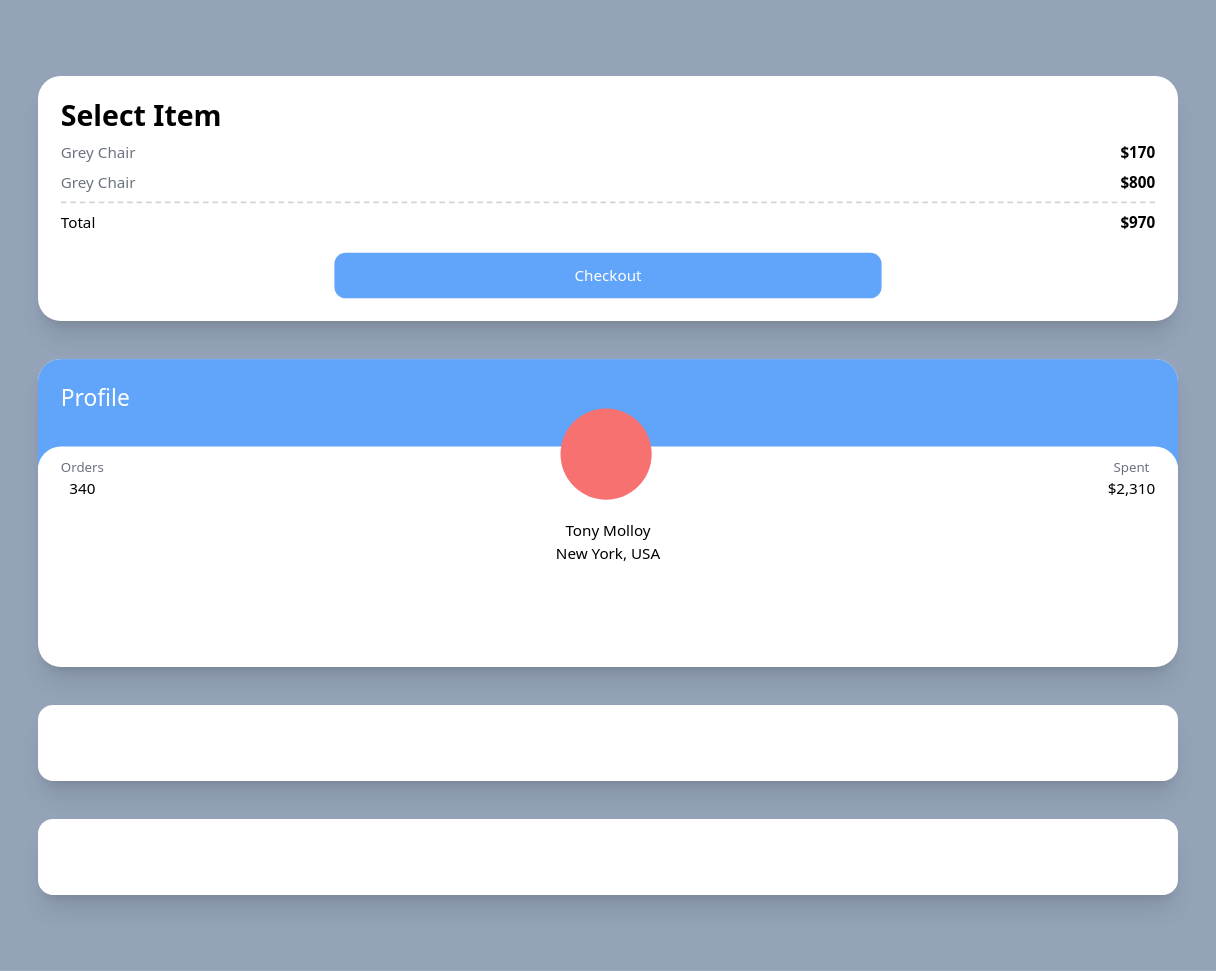
Repository: pjk0007/nextjs-carrot-marcket
Page: /
These files come from the project's save history. The page is drawn as it stood at one moment and after the next save; the edit follows.
The browser window is 1280 px wide. The pictures show the whole page, at 95% of full size.
The project was rebuilt for these pictures with package versions that can differ from the ones it lists, and the page was loaded fresh each time. The framework's server and built-in components were replaced by stand-ins that run in the browser. Also part of the build but not shown: next.config.js.

Above is the page before, as saved 2022-04-30 13:15:33.

### pages/index.tsx
import type { NextPage } from 'next'
const Home: NextPage = () => {
  return (
    <div className='bg-slate-400 py-20 px-10 grid gap-10'>
      <div className='bg-white p-6 rounded-3xl shadow-xl'>
        <span className='font-semibold text-3xl'>Select Item</span>
        <div className='flex justify-between my-2'>
          <span className='text-gray-500'>Grey Chair</span>
          <span className='font-semibold'>$170</span>
        </div>
        <div className='flex justify-between'>
          <span className='text-gray-500'>Grey Chair</span>
          <span className='font-semibold'>$800</span>
        </div>
        <div className='flex justify-between mt-2 pt-2 border-t-2 border-dashed border-gray-300'>
          <span>Total</span>
          <span className='font-semibold'>$970</span>
        </div>
        <div className='mt-5 bg-blue-400 text-white p-3 text-center rounded-xl w-1/2 mx-auto'>Checkout</div>
      </div>

      <div className='bg-white overflow-hidden rounded-3xl shadow-xl'>
        <div className='bg-blue-400 p-6 pb-14'>
          <span className='text-white text-2xl'>Profile</span>
        </div>
        <div className='rounded-3xl p-6 relative -top-5 bg-white'>
          <div className='flex relative -top-16 items-end justify-between'>
            <div className='flex flex-col items-center'>
              <span className='text-sm text-gray-500'>Orders</span>
              <span className='font-medium'>340</span>
            </div>
            <div className='h-24 w-24 bg-red-400 rounded-full'/>
            <div className='flex flex-col items-center'>
              <span className='text-sm text-gray-500'>Spent</span>
              <span className='font-medium'>$2,310</span>
            </div>
          </div>
          <div className='relative flex flex-col items-center -top-16 mt-5'>
            <span>Tony Molloy</span>
            <span>New York, USA</span>
          </div>
        </div>
      </div>
      <div className='bg-white p-10 rounded-2xl shadow-xl'></div>
      <div className='bg-white p-10 rounded-2xl shadow-xl'></div>
    </div>
  );
}

export default Home

### tailwind.config.js
module.exports = {
  content: [
    "./pages/**/*.{js,jsx,ts,tsx}",
    "./components/**/*.{js,jsx,ts,tsx}"
  ],
  theme: {
    extend: {},
  },
  plugins: [],
}

Loaded but not shown: pages/_app.tsx (common file); styles/globals.css (common file)

After the next save:
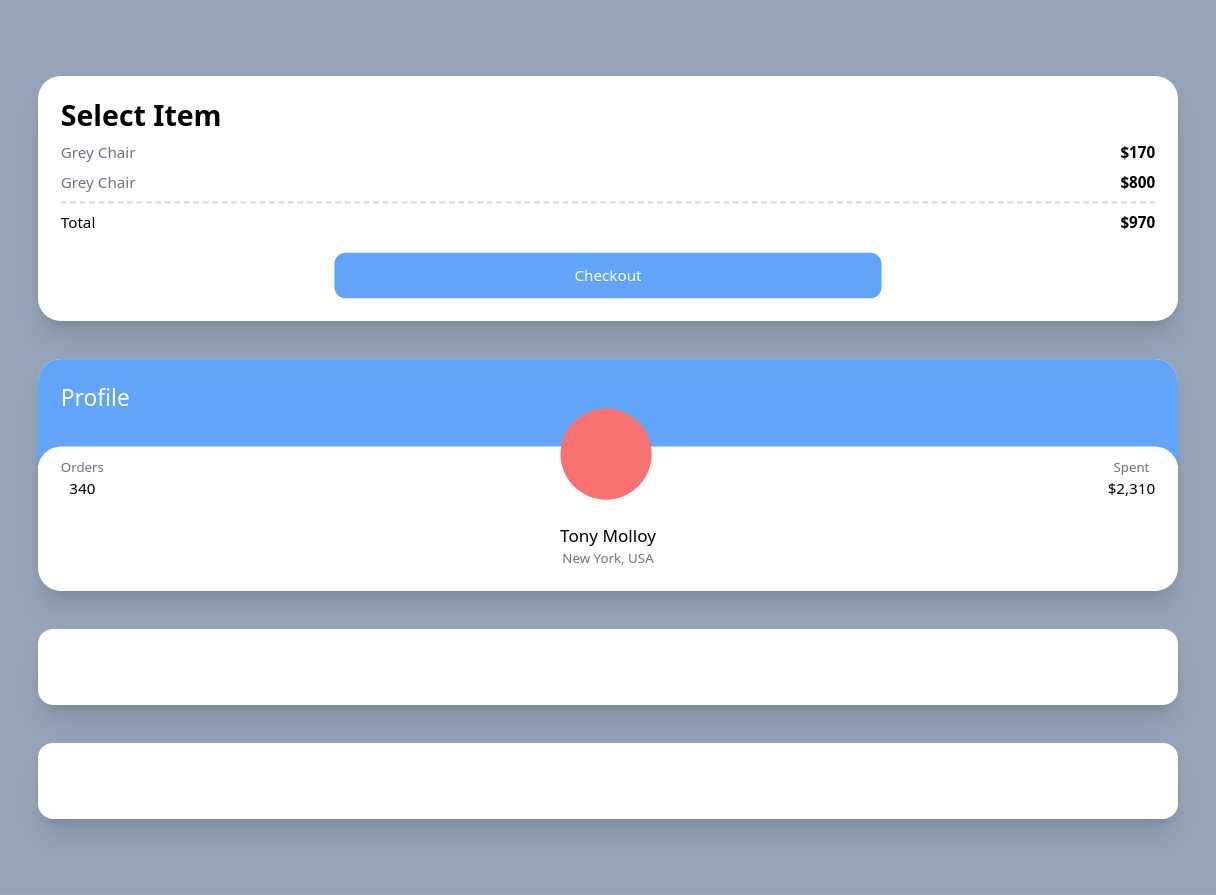
Saved 44 s later.
--- a/pages/index.tsx
+++ b/pages/index.tsx
@@ -35,9 +35,9 @@ const Home: NextPage = () => {
               <span className='font-medium'>$2,310</span>
             </div>
           </div>
-          <div className='relative flex flex-col items-center -top-16 mt-5'>
-            <span>Tony Molloy</span>
-            <span>New York, USA</span>
+          <div className='relative flex flex-col items-center -mt-10 -mb-5'>
+            <span className='text-lg font-medium'>Tony Molloy</span>
+            <span className='text-sm text-gray-500'>New York, USA</span>
           </div>
         </div>
       </div>
